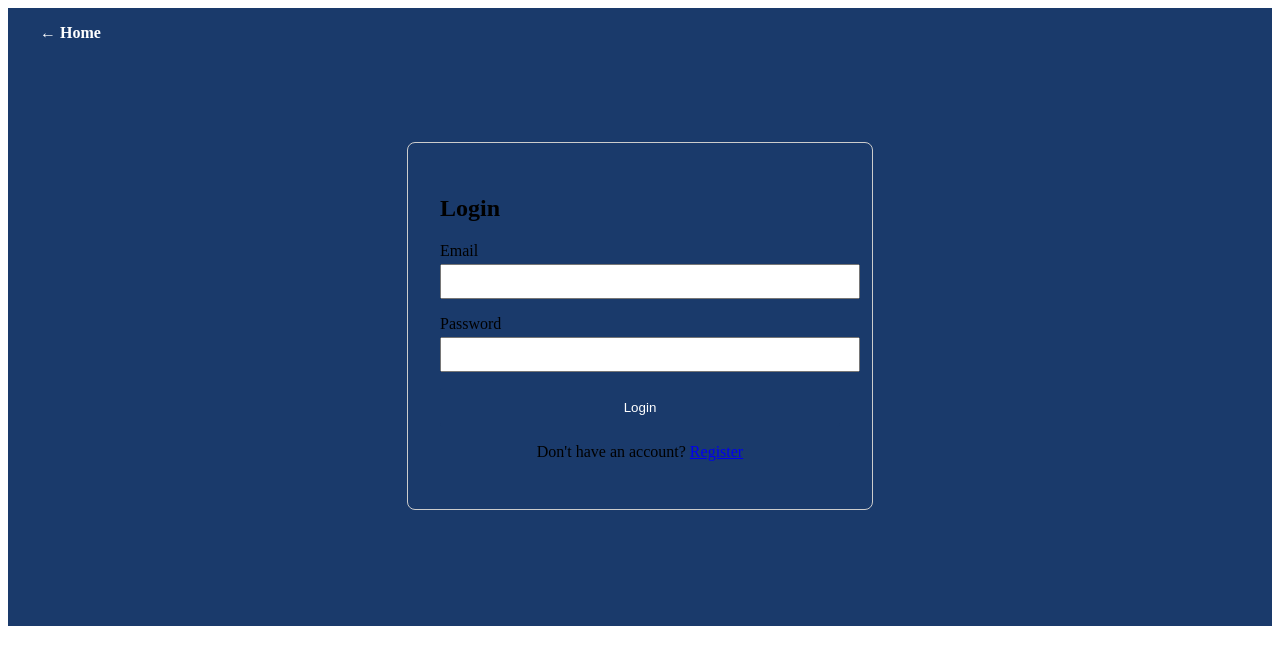
Repository: Bogo02/PhysioApp
Page: /appointments (app in physioapp-frontend/)
The author's editor kept a copy of each file at every save. The page is drawn from the files as they stood at one save, then again after the next save.
The browser window is 1280 px wide. The pictures show the whole page.
The project was rebuilt for these pictures with package versions that can differ from the ones it lists, and the page was loaded fresh each time. Also part of the build but not shown: physioapp-frontend/vite.config.js, physioapp-frontend/src/index.css, physioapp-frontend/src/pages/Home.jsx, physioapp-frontend/src/pages/Register.jsx, physioapp-frontend/src/pages/Dashboard.jsx, physioapp-frontend/src/pages/BookAppointment.jsx, physioapp-frontend/src/pages/Profile.jsx, physioapp-frontend/src/pages/Services.jsx.

Above is the page before, as saved 2026-05-29 01:23:54.

### physioapp-frontend/index.html
<!doctype html>
<html lang="en">
  <head>
    <meta charset="UTF-8" />
    <link rel="icon" type="image/svg+xml" href="/favicon.svg" />
    <meta name="viewport" content="width=device-width, initial-scale=1.0" />
    <title>physioapp-frontend</title>
  </head>
  <body>
    <div id="root"></div>
    <script type="module" src="/src/main.jsx"></script>
  </body>
</html>

### physioapp-frontend/src/main.jsx
import { StrictMode } from 'react'
import { createRoot } from 'react-dom/client'
import './index.css'
import App from './App.jsx'

createRoot(document.getElementById('root')).render(
  <StrictMode>
    <App />
  </StrictMode>
)

### physioapp-frontend/src/App.jsx
import { BrowserRouter, Routes, Route } from 'react-router-dom'
import Home from './pages/Home'
import Login from './pages/Login'
import Register from './pages/Register'
import Dashboard from './pages/Dashboard'
import Appointments from './pages/Appointments'
import BookAppointment from './pages/BookAppointment'
import Profile from './pages/Profile'
import Services from './pages/Services'

function App() {
  return (
    <BrowserRouter>
      <Routes>
        <Route path="/" element={<Home />} />
        <Route path="/login" element={<Login />} />
        <Route path="/register" element={<Register />} />
        <Route path="/dashboard" element={<Dashboard />} />
        <Route path="/appointments" element={<Appointments />} />
        <Route path="/appointments/book" element={<BookAppointment />} />
        <Route path="/profile" element={<Profile />} />
        <Route path="/services" element={<Services />} />
      </Routes>
    </BrowserRouter>
  )
}

export default App

### physioapp-frontend/src/pages/Login.jsx
import { useState } from 'react'
import axios from 'axios'
import { useNavigate } from 'react-router-dom'

function Login() {
  const [email, setEmail] = useState('')
  const [password, setPassword] = useState('')
  const [error, setError] = useState('')
  const navigate = useNavigate()

  const handleLogin = async (e) => {
    e.preventDefault()
    try {
      const response = await axios.post('http://localhost:8080/api/auth/login', {
        email,
        password
      })
      localStorage.setItem('token', response.data.token)
      localStorage.setItem('role', response.data.role)
      localStorage.setItem('email', response.data.email)
      navigate('/dashboard')
    } catch (err) {
      setError('Invalid email or password')
    }
  }

  return (
    <div style={{ padding: '1rem 2rem', background: '#1a3a6b' }}>
        <a href="/" style={{ color: 'white', textDecoration: 'none', fontWeight: 'bold' }}>← Home</a>
    <div style={{ maxWidth: '400px', margin: '100px auto', padding: '2rem', border: '1px solid #ccc', borderRadius: '8px' }}>
      <h2>Login</h2>
      {error && <p style={{ color: 'red' }}>{error}</p>}
      <form onSubmit={handleLogin}>
        <div style={{ marginBottom: '1rem' }}>
          <label>Email</label>
          <input
            type="email"
            value={email}
            onChange={(e) => setEmail(e.target.value)}
            style={{ display: 'block', width: '100%', padding: '0.5rem', marginTop: '0.25rem' }}
          />
        </div>
        <div style={{ marginBottom: '1rem' }}>
          <label>Password</label>
          <input
            type="password"
            value={password}
            onChange={(e) => setPassword(e.target.value)}
            style={{ display: 'block', width: '100%', padding: '0.5rem', marginTop: '0.25rem' }}
          />
        </div>
        <button type="submit" style={{ width: '100%', padding: '0.75rem', background: '#1a3a6b', color: 'white', border: 'none', borderRadius: '4px', cursor: 'pointer' }}>
          Login
        </button>
      </form>
      <p style={{ marginTop: '1rem', textAlign: 'center' }}>
        Don't have an account? <a href="/register">Register</a>
      </p>
    </div>
    </div>
  )
}

export default Login

### physioapp-frontend/src/pages/Appointments.jsx
import { useEffect, useState } from 'react'
import { useNavigate } from 'react-router-dom'
import axios from 'axios'

function Appointments(){
    const [appointments, setAppointments] = useState([])
    const [loading, setLoading] = useState(true)
    const navigate = useNavigate()
    const token = localStorage.getItem('token')

useEffect(() => {
    if (!token) { navigate('/login'); return }

    const fetchAppointments = async () => {
        try {
            const response = await axios.get('http://localhost:8080/api/appointments/my', {
                headers: { Authorization: `Bearer ${token}` }
            })
            setAppointments(response.data)
        } catch (err) {
            console.error('Failed to fetch appointments', err)
        } finally {
            setLoading(false)
        }
    }

    fetchAppointments()
}, [])

    const handleCancel = async(id) =>{
        try{
            await axios.put('http://localhost:8080/api/appointments/${id}/cancel', {} , {
            headers: {Authorization: 'Bearer ${token}' }
            })
            setAppointments(appointments.filter(a => a.id !== id ))
        } catch (err) {
            alert('Failed to cancel appointment')
        }
    }
return (
    <div>
      <nav style={{
        display: 'flex', justifyContent: 'space-between', alignItems: 'center',
        padding: '1rem 2rem', background: '#2d6a2d', color: 'white'
      }}>
        <h2 style={{ margin: 0, cursor: 'pointer' }} onClick={() => navigate('/dashboard')}>AFYMO</h2>
        <div style={{ display: 'flex', gap: '1rem' }}>
          <button onClick={() => navigate('/dashboard')} style={{
            padding: '0.5rem 1rem', background: 'transparent', color: 'white',
            border: '1px solid white', borderRadius: '4px', cursor: 'pointer'
          }}>Dashboard</button>
          <button onClick={() => navigate('/appointments/book')} style={{
            padding: '0.5rem 1rem', background: 'white', color: '#2d6a2d',
            border: 'none', borderRadius: '4px', cursor: 'pointer', fontWeight: 'bold'
          }}>+ Book New</button>
        </div>
      </nav>

      <div style={{ padding: '2rem' }}>
        <h1>My Appointments</h1>
        {loading ? <p>Loading...</p> : appointments.length === 0 ? (
          <div style={{
            background: '#f8faff', border: '1px solid #e2e8f0',
            borderRadius: '8px', padding: '2rem', textAlign: 'center', color: '#64748b'
          }}>
            <p>You have no appointments yet.</p>
            <button onClick={() => navigate('/appointments/book')} style={{
              padding: '0.75rem 1.5rem', background: '#2d6a2d', color: 'white',
              border: 'none', borderRadius: '4px', cursor: 'pointer'
            }}>Book an Appointment</button>
          </div>
        ) : (
          <div style={{ display: 'flex', flexDirection: 'column', gap: '1rem' }}>
            {appointments.map(a => (
              <div key={a.id} style={{
                background: 'white', border: '1px solid #e2e8f0',
                borderRadius: '8px', padding: '1.5rem',
                display: 'flex', justifyContent: 'space-between', alignItems: 'center',
                boxShadow: '0 2px 4px rgba(0,0,0,0.05)'
              }}>
                <div>
                  <h3 style={{ margin: 0 }}>{a.service?.name}</h3>
                  <p style={{ margin: '0.25rem 0', color: '#64748b' }}>
                    Therapist: {a.therapist?.user?.firstName} {a.therapist?.user?.lastName}
                  </p>
                  <p style={{ margin: '0.25rem 0', color: '#64748b' }}>
                    Date: {new Date(a.appointmentDate).toLocaleString()}
                  </p>
                </div>
                <div style={{ display: 'flex', alignItems: 'center', gap: '1rem' }}>
                  <span style={{
                    padding: '0.25rem 0.75rem', borderRadius: '999px', fontSize: '0.85rem',
                    background: a.status === 'CONFIRMED' ? '#dcfce7' : a.status === 'PENDING' ? '#fef9c3' : '#fee2e2',
                    color: a.status === 'CONFIRMED' ? '#166534' : a.status === 'PENDING' ? '#854d0e' : '#991b1b'
                  }}>{a.status}</span>
                  {(a.status === 'PENDING' || a.status === 'CONFIRMED') && (
                    <button onClick={() => handleCancel(a.id)} style={{
                      padding: '0.5rem 1rem', background: '#fee2e2', color: '#991b1b',
                      border: 'none', borderRadius: '4px', cursor: 'pointer'
                    }}>Cancel</button>
                  )}
                </div>
              </div>
            ))}
          </div>
        )}
      </div>
    </div>
  )
}
export default Appointments

After the next save:
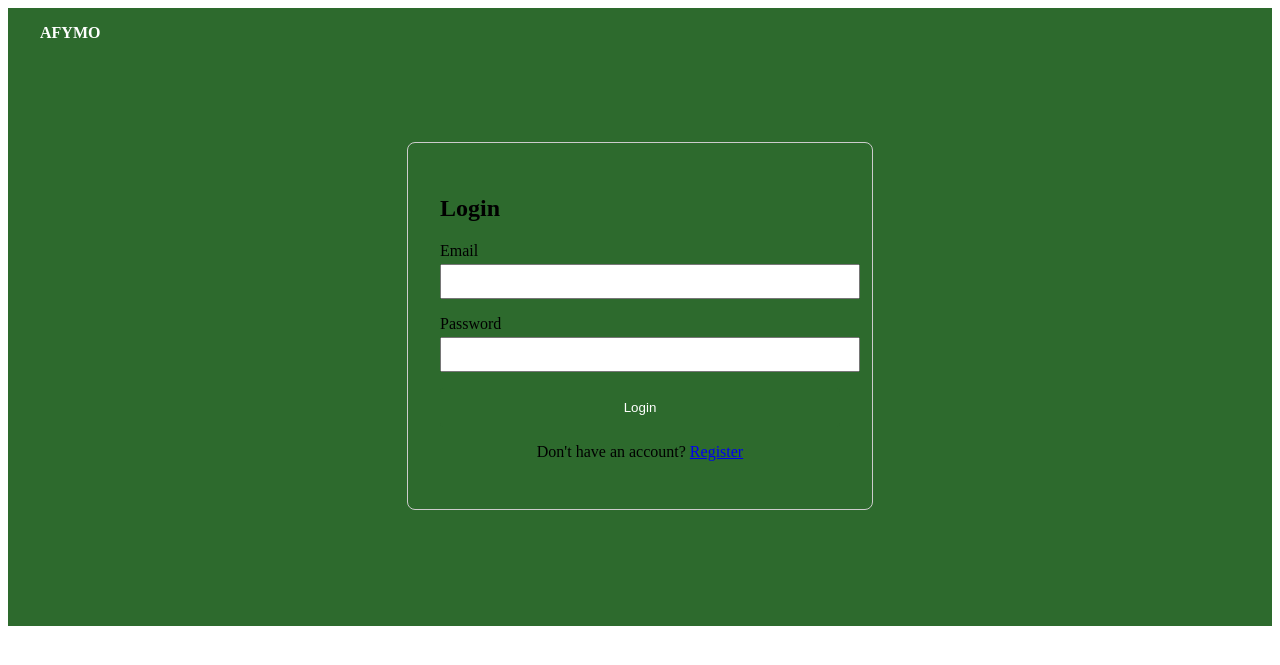
Saved 8 s later.
--- a/physioapp-frontend/src/pages/Login.jsx
+++ b/physioapp-frontend/src/pages/Login.jsx
@@ -25,8 +25,8 @@ function Login() {
   }
 
   return (
-    <div style={{ padding: '1rem 2rem', background: '#1a3a6b' }}>
-        <a href="/" style={{ color: 'white', textDecoration: 'none', fontWeight: 'bold' }}>← Home</a>
+    <div style={{ padding: '1rem 2rem', background: '#2d6a2d' }}>
+        <a href="/" style={{ color: 'white', textDecoration: 'none', fontWeight: 'bold' }}>AFYMO</a>
     <div style={{ maxWidth: '400px', margin: '100px auto', padding: '2rem', border: '1px solid #ccc', borderRadius: '8px' }}>
       <h2>Login</h2>
       {error && <p style={{ color: 'red' }}>{error}</p>}
@@ -49,7 +49,7 @@ function Login() {
             style={{ display: 'block', width: '100%', padding: '0.5rem', marginTop: '0.25rem' }}
           />
         </div>
-        <button type="submit" style={{ width: '100%', padding: '0.75rem', background: '#1a3a6b', color: 'white', border: 'none', borderRadius: '4px', cursor: 'pointer' }}>
+        <button type="submit" style={{ width: '100%', padding: '0.75rem', background: '#2d6a2d', color: 'white', border: 'none', borderRadius: '4px', cursor: 'pointer' }}>
           Login
         </button>
       </form>
